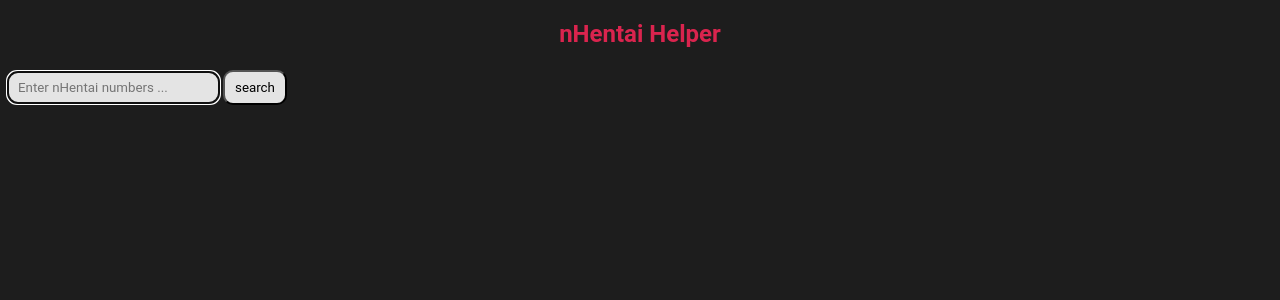
Repository: Lizadking/nHentai_Helper
Page: Mainpop.html
The author's editor kept a copy of each file at every save. The page is drawn from the files as they stood at one save, then again after a run of saves.
The browser window is 1280 px wide. The pictures show the whole page.
The first visible `input[type=text]` has the focus.

Above is the page before, as saved 2021-08-06 23:09:40.

After the next 3 saves:
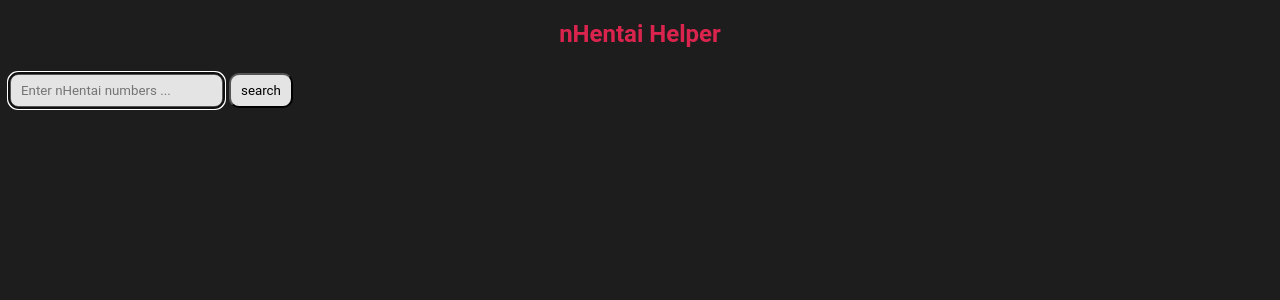
The 3 saves are shown as one change because they came seconds apart.
The last was saved 2 min 3 s later.
--- a/mainStylesheet.css
+++ b/mainStylesheet.css
@@ -34,6 +34,9 @@
     background-color:rgb(228, 228, 228);
     font-family: 'Roboto', sans-serif;
 }
+input[type=text]:focus {
+    border: 3px solid #555;
+  }
 .submission
 {
     text-align: center;

After the save that followed:
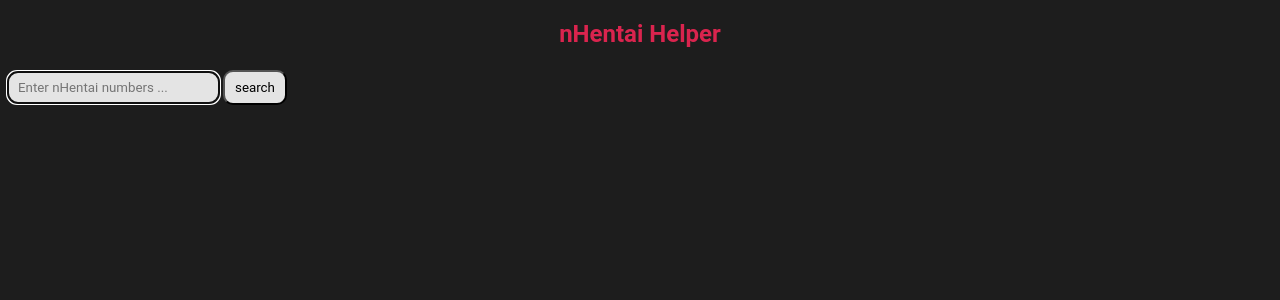
Saved 23 s later.
--- a/mainStylesheet.css
+++ b/mainStylesheet.css
@@ -34,9 +34,7 @@
     background-color:rgb(228, 228, 228);
     font-family: 'Roboto', sans-serif;
 }
-input[type=text]:focus {
-    border: 3px solid #555;
-  }
+
 .submission
 {
     text-align: center;
